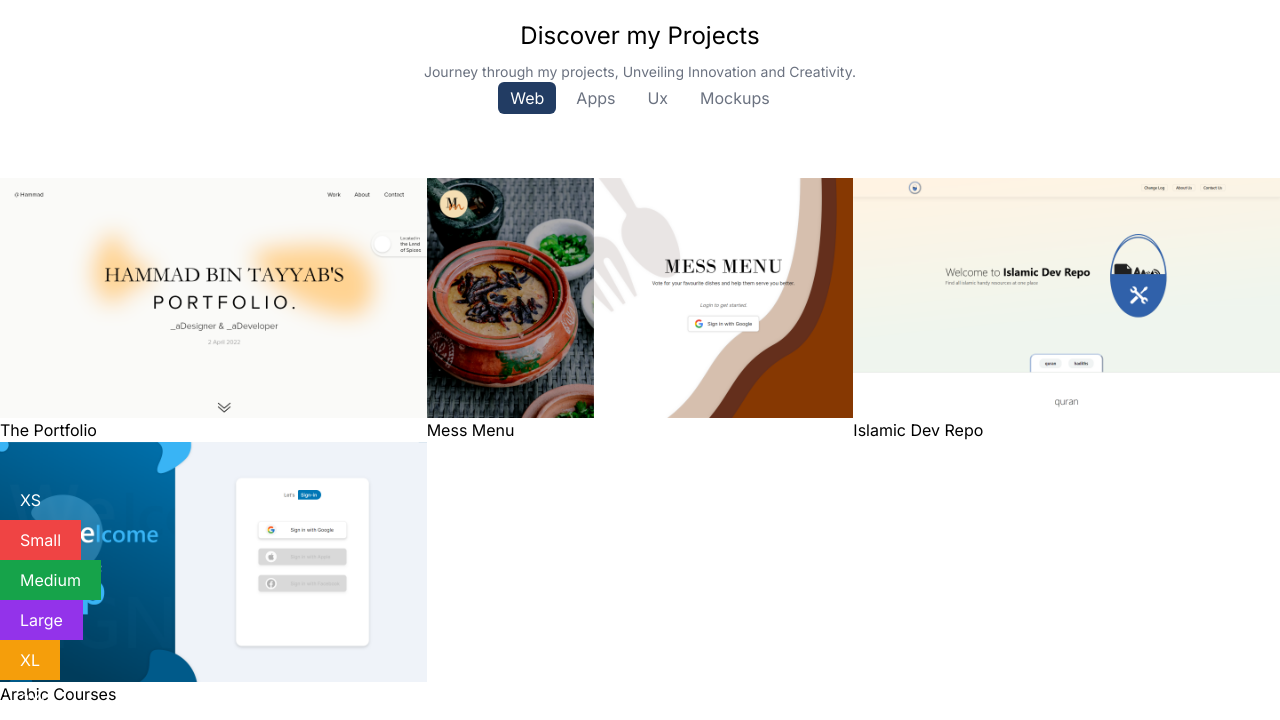
Repository: SpicierEwe/my_portfolio_v2
Page: /
An editor plug-in stored every save of this project. The page is shown before and after the next save, followed by the edit.
The browser window is 1280 px wide. The pictures show the whole page.
The project was rebuilt for these pictures with package versions that can differ from the ones it lists, and the page was loaded fresh each time. The framework's server and built-in components were replaced by stand-ins that run in the browser. Also part of the build but not shown: next.config.js, core/utils/customIcons.js, core/utils/utils.tsx, core/db/sub_db_data/ux_db.js.

Above is the page before, as saved 2024-04-22 10:55:58.

### app/page.tsx
import DevicePreview from "@/Components/Device_preview/device_preview";
import HeroSection from "@/Components/Hero_section/hero_section";
import WorkSection from "@/Components/Work_section/work_section";
import Image from "next/image";

export default function Home() {
  return (
    <main>
      <div className="absolute z-30 overflow-hidden bottom-0">
        <DevicePreview />
      </div>
      {/* <div className="overflow-hidden">
        <HeroSection />
      </div> */}

      <WorkSection />
    </main>
  );
}

### app/globals.css
@layer base {

  @font-face {
    font-family: 'Garamond';
    src: url('../public/fonts/EBGaramond-VariableFont_wght.ttf');

  }

  @font-face {
    font-family: 'Proxima Nova';
    src: url('../public/fonts/MarkSimonsonProximaNovaRegular.otf');
    font-weight: normal;
    font-style: normal;
  }


  @font-face {
    font-family: "Rage";
    src: url("../public/fonts/rage.ttf");
  }
}

@tailwind base;
@tailwind components;
@tailwind utilities;

:root {
  --foreground-rgb: 0, 0, 0;
  --background-start-rgb: 214, 219, 220;
  --background-end-rgb: 255, 255, 255;

}

@media (prefers-color-scheme: dark) {
  :root {
    --foreground-rgb: 255, 255, 255;
    --background-start-rgb: 0, 0, 0;
    --background-end-rgb: 0, 0, 0;
  }
}

body {

  /* background: #F5F5F5; */
}

### Components/Device_preview/device_preview.tsx
"use client";

import { use, useEffect, useState } from "react";

export default function DevicePreview() {
  return (
    <main className="flex flex-col justify-end ">
      {/* xs */}
      <div className=" text-right ">
        <p className="xs:bg-brand-color w-min text-white px-5 py-2">XS</p>
      </div>
      {/* sm */}
      <div className=" text-right ">
        <p className="sm:bg-red-500 w-min text-white px-5 py-2">Small</p>
      </div>
      {/* md */}
      <div className=" text-right ">
        <p className="md:bg-green-600 w-min px-5 py-2 text-white">Medium</p>
      </div>
      {/* lg */}
      <div className=" text-right ">
        <p className="lg:bg-purple-600 w-min px-5 py-2 text-white">Large</p>
      </div>
      {/* xl */}
      <div className=" text-right ">
        <p className="xl:bg-amber-500 w-min px-5 py-2 text-white">XL</p>
      </div>
      {/* 2xl */}
      <div className=" text-right ">
        <p className="2xl:bg-cyan-600 w-min px-5 py-2 text-white">2XL</p>
      </div>
    </main>
  );
}

### Components/Work_section/work_section.tsx
"use client";

import { db } from "../../core/db/db";
import Image from "next/image";
import Link from "next/link";
import { useState } from "react";

export default function WorkSection() {
  const navItems: string[] = Object.keys(db.portfolioItems);
  const [selectedNavItemIndex, setSelectedNavItemIndex] = useState<number>(0);
  return (
    <section className="">
      {/* header */}
      <header className="flex flex-col items-center pt-5">
        <h2 className="text-center text-2xl">Discover my Projects</h2>
        <p className="text-center text-sm mt-2.5 text-gray-500">
          Journey through my projects, Unveiling Innovation and Creativity.
        </p>
      </header>
      {/* nav */}
      <nav>
        <ul className="flex justify-center mt-6 gap-2 flex-wrap">
          {navItems.map((item, index) => {
            const isSelected: Boolean = selectedNavItemIndex == index;
            return (
              <li
                className={`${
                  isSelected ? "bg-brand-color" : ""
                } px-3 py-1 rounded-md cursor-pointer`}
                onClick={() => setSelectedNavItemIndex(index)}
                key={index}
              >
                <Link
                  href="#"
                  className={`${
                    isSelected ? "text-white" : "text-gray-500"
                  } capitalize`}
                >
                  {item}
                </Link>
              </li>
            );
          })}
        </ul>
      </nav>

      <main>
        {/* projects */}
        <div className="grid grid-cols-1 md:grid-cols-2 lg:grid-cols-3 gap-4 mt-16">
          {(db.portfolioItems as any)[navItems[selectedNavItemIndex]].map(
            (item: any, index: number) => {
              const projectName: string = item["projectName"];
              const imageLink: string = item["imageLink"];
              return (
                <div key={index}>
                  {
                    <Image
                      src={imageLink}
                      alt={projectName}
                      height={200}
                      width={200}
                      layout="responsive"
                    ></Image>
                  }
                  <p>{projectName}</p>
                </div>
              );
            }
          )}
        </div>
      </main>
    </section>
  );
}

### core/db/db.js
import { websitesDb } from "./sub_db_data/websites_db";
import { appsDb } from "./sub_db_data/apps_db";
import { uxDb } from "./sub_db_data/ux_db";
import { mockupsDb } from "./sub_db_data/mockups_db";

export const db = {
  portfolioItems: {
    web: websitesDb,
    apps: appsDb,
    ux: uxDb,
    mockups: mockupsDb,
  },
};

### core/db/sub_db_data/websites_db.js
import { embedCustomLinks } from "../../utils/utils";

export const websitesDb = [
  {
    projectName: "The Portfolio",
    projectId: "e2f9658b-f9bb-4d2c-ac8c-113a56d9204f",
    projectTagLine: "A Thoughtfully Curated Portfolio of Elegant Creations",
    link: "https://hammadtayyab.vercel.app/",
    imageLink: "/images/websites/my_portfolio.png",
    info: "This portfolio project showcases a minimalist design, highlighting my work and skills with clarity and finesse. The aim was to provide a seamless user experience and intuitive navigation, creating a comprehensive and sophisticated display of my professional journey.",
    roles: [
      "Data Analyst",
      "Designer",
      "Developer",
      "Maintainer",
      "Product Manager",
      "Tester/Quality Assurance",
      "Researcher",
      "DevOps Engineer",
      "Technical Writer",
      "Project Manager",
    ],
    techStack: [
      "NextJs",
      "React",
      "TypeScript",
      "TailwindCSS",
      "HTML",
      "CSS",
      "JavaScript",
      "Git",
      "Vercel",
    ],
  },
  {
    projectId: "566ec8d6-4d5d-4f22-9580-2c574f7122fb",
    projectName: "Mess Menu",
    projectTagLine: "Simplifying Hostel Dining with a Digital Menu System",
    link: "https://messmenu.vercel.app/",
    imageLink: "/images/websites/mess_menu.png",
    info: "This project streamlines the process of hostel dining by offering a digital menu system for students. Monthly menus are curated through community voting, allowing students to have a say in their dining options. Originating from a friend's final year project, the focus was on user-centric design and functionality, ensuring a seamless experience for all users.",
    roles: [
      "Data Analyst",
      "Designer",
      "Developer",
      "Maintainer",
      "Product Manager",
      "Tester/Quality Assurance",
      "Researcher",
      "DevOps Engineer",
      "Technical Writer",
      "Project Manager",
    ],
    techStack: [
      "NextJs",
      "React",
      "HTML",
      "CSS",
      "JavaScript",
      "Git",
      "Vercel",
      "Firebase",
      "Firebase Auth",
    ],
  },
  {
    projectId: "e3a52953-0a4d-43c3-b874-bd55925f6a7e",
    projectName: "Islamic Dev Repo",
    projectTagLine: "A Repository of Authentic Islamic Data for Developers",
    link: "https://islamic-dev-repo.vercel.app/",
    imageLink: "/images/websites/islamic_dev_repo.png",
    info: "This project offers developers a curated repository of reliable Islamic data that can be seamlessly integrated into various applications. With a focus on authenticity and compatibility across multiple devices, this repository provides a trustworthy source of information for developers working on Islamic-related projects.",
    roles: [
      "Data Analyst",
      "Designer",
      "Developer",
      "Maintainer",
      "Product Manager",
      "Tester/Quality Assurance",
      "Researcher",
      "DevOps Engineer",
      "Technical Writer",
      "Project Manager",
    ],
    techStack: [
      "NextJs",
      "React",
      "HTML",
      "CSS",
      "JavaScript",
      "Git",
      "Vercel",
      "Python",
    ],
  },
  {
    projectId: "87693335-b9d6-434c-8428-5d8266482050",
    projectName: "Arabic Courses",
    projectTagLine:
      "A Platform for Streaming the Best Madina Arabic Course Online",
    link: "https://arabiccourses.vercel.app/",
    imageLink: "/images/websites/arabic_courses.png",
    info: `The goal of this project was to establish an online platform for the popular Madina Arabic course, allowing users to stream videos from the cloud and track their progress. Initially, the videos were only available for download, but this platform offers a more convenient streaming experience. You can learn more about the course at ${embedCustomLinks(
      {
        link: "https://abdurrahman.org/arabic-learning/dvds/",
        title: "AbdurRahman.Org",
      }
    )}. Arabic Courses enhances accessibility and convenience for users, making the learning process smoother and more enjoyable.`,
    roles: [
      "Data Analyst",
      "Designer",
      "Developer",
      "Maintainer",
      "Product Manager",
      "Tester/Quality Assurance",
      "Researcher",
      "DevOps Engineer",
      "Technical Writer",
      "Project Manager",
    ],
    techStack: [
      "NextJs",
      "React",
      "HTML",
      "CSS",
      "JavaScript",
      "Git",
      "Vercel",
      "Firebase",
      "Firebase Auth",
    ],
  },
];

### core/db/sub_db_data/apps_db.js
import { embedCustomLinks } from "../../utils/utils";

export const appsDb = [
  {
    projectId: "38384ae3-5586-40be-b025-c9c3ad1094ef",
    projectName: "al Qur'an",
    projectTagLine: "All about the Qur'an in one app.",

    link: "https://play.google.com/store/apps/details?id=com.spicierewe.al_quran",

    imageLink: "/images/apps/al_quran.png",

    info: `The "al Qur'an" app offers a comprehensive experience of the Qur'an for users around the world. It includes a wide range of translations in various languages, tafseer (exegesis), access to over 49 reciters and translators, and much more. All data is sourced from the reliable platform ${embedCustomLinks(
      { link: "https://quran.com", title: "quran.com" }
    )}.`,

    roles: [
      "Data Analyst",
      "Designer",
      "Developer",
      "Maintainer",
      "Product Manager",
      "Tester/Quality Assurance",
      "Researcher",
      "DevOps Engineer",
      "Technical Writer",
      "Project Manager",
    ],

    techStack: ["Flutter", "Dart", "Git", "Adobe XD"],

    platforms: ["Android"],
  },
  {
    projectId: "1eeb435f-acbd-41e8-b826-440959bb6a57",
    projectName: "Riddle Me",
    projectTagLine: "Riddle Me: Unraveling Minds, One Clue at a Time!",

    link: "https://play.google.com/store/apps/details?id=com.spicierewe.RiddleMe",

    imageLink: "/images/apps/riddle_me.png",

    info: "Riddle Me is an engaging and challenging game designed to test your intelligence and problem-solving skills. This game stimulates creative thinking and encourages you to approach problems from different perspectives.",

    roles: [
      "Data Analyst",
      "Designer",
      "Developer",
      "Maintainer",
      "Product Manager",
      "Tester/Quality Assurance",
      "Researcher",
      "DevOps Engineer",
      "Technical Writer",
      "Project Manager",
    ],

    techStack: ["Flutter", "Dart", "Git", "Adobe XD"],

    platforms: ["Android"],
  },
  {
    projectId: "2ae7005c-16e2-4fe5-b7b0-20f5f826321e",
    projectName: "Food Deals",
    projectTagLine: "Find the best food deals at your fingertips.",

    link: "https://play.google.com/store/apps/details?id=com.spicierewe.food_deals",

    imageLink: "/images/apps/food_deals.png",

    info: "Food Deals is an app that helps users discover the best offers and discounts on their favorite food delivery services. Save money and enjoy your favorite meals by comparing prices across different platforms.",

    roles: [
      "Data Analyst",
      "Designer",
      "Developer",
      "Maintainer",
      "Product Manager",
      "Tester/Quality Assurance",
      "Researcher",
      "DevOps Engineer",
      "Technical Writer",
      "Project Manager",
    ],

    techStack: ["Flutter", "Dart", "Git", "Adobe XD"],

    platforms: ["Android"],
  },
  {
    projectId: "627de94f-59b4-4f85-bcf4-df6fbf22714e",
    projectName: "Hadith Collection",
    projectTagLine: "Access authentic hadiths of the Prophet Muhammad (pbuh).",

    link: "https://play.google.com/store/apps/details?id=com.spicierewe.ahadith_collection",

    imageLink: "/images/apps/ahadith_collection.png",

    info: `The "Hadith Collection" app provides a comprehensive and authentic collection of hadiths of the Prophet Muhammad (pbuh). It includes data from various reputable sources such as ${embedCustomLinks(
      { link: "https://sunnah.com", title: "sunnah.com" }
    )} for Arabic and English, and ${embedCustomLinks({
      link: "https://github.com/pakjiddat/islam-companion-web-api",
      title: "islam-companion-web-api",
    })} for Urdu data.`,

    roles: [
      "Data Analyst",
      "Designer",
      "Developer",
      "Maintainer",
      "Product Manager",
      "Tester/Quality Assurance",
      "Researcher",
      "DevOps Engineer",
      "Technical Writer",
      "Project Manager",
    ],

    techStack: ["Flutter", "Dart", "Git", "Adobe XD"],

    platforms: ["Android"],
  },
  {
    projectId: "7468bdef-5b24-454e-ae99-dd0a558441d7",
    projectName: "Study Practice",
    projectTagLine: "Practice makes perfect.",

    link: "https://play.google.com/store/apps/details?id=com.spicierewe.study_practice",

    imageLink: "/images/apps/study_practice.png",

    info: "Study Practice is a study companion app designed to help students prepare for competitive exams such as NEET and JEE. The app offers past exam questions, mock tests, and real-time progress tracking along with official study material.",

    roles: [
      "Data Analyst",
      "Designer",
      "Developer",
      "Maintainer",
      "Product Manager",
      "Tester/Quality Assurance",
      "Researcher",
      "DevOps Engineer",
      "Technical Writer",
      "Project Manager",
    ],

    techStack: ["Flutter", "Dart", "Git", "Adobe XD"],

    platforms: ["Android"],
  },
];

### core/db/sub_db_data/mockups_db.js
export const mockupsDb = [
  {
    phone_mockup_links: [],
    other_mockup_links: [
      "/images/mockups/eat_healthy_mockup.svg",
      "/images/mockups/bot_mockup_theme_light.svg",
      "/images/mockups/bot_mockup_theme_dark.svg",
      "/images/mockups/the_perfume_lab_price_list.png",
      "/images/mockups/noraty_business_hero_section.svg",
      "/images/mockups/gr_showcase.png",
      "/images/mockups/just_moved_showcase.png",
      "/images/mockups/archer_product_design.png",
      "/images/mockups/the_connection_poster.png",
      "/images/mockups/social_flow_flyer.png",
      "/images/mockups/LVD_roll_up_banner.png",
      "/images/mockups/ATS_flyer.png",
    ],
  },
];

### tailwind.config.js
const { reverse } = require("dns");
const defaultTheme = require("tailwindcss/defaultTheme");

/** @type {import('tailwindcss').Config} */
module.exports = {
  content: [
    "./pages/**/*.{js,ts,jsx,tsx,mdx}",
    "./components/**/*.{js,ts,jsx,tsx,mdx}",
    "./app/**/*.{js,ts,jsx,tsx,mdx}",
    "./core/**/*.{js,ts,jsx,tsx,mdx}",
  ],
  theme: {
    extend: {
      screens: { xs: { max: "640px" } },

      maxWidth: {
        "120rem": "120rem",
      },

      backgroundImage: {
        "gradient-radial": "radial-gradient(var(--tw-gradient-stops))",
        "gradient-conic":
          "conic-gradient(from 180deg at 50% 50%, var(--tw-gradient-stops))",
      },

      colors: {
        "brand-color": "#223c63",
        "primary-color": "#ffffff",
        "secondary-color": "#00A699",
        "accent-color": "#779ace",
      },

      keyframes: {
        wiggle: {
          "0%, 100%": { transform: "rotate(-3deg)" },
          "50%": { transform: "rotate(3deg)" },
        },

        levitate: {
          "0%": { transform: "translateY(50px)" },
          "50%": { transform: "translateY(-30px)  scale(1.1)" },
          "100%": { transform: "translateY(50px)" },
        },
        levitate_reverse: {
          "0%": { transform: "translateY(-90px)" },
          "50%": { transform: "translateY(30px)  scale(1.1)" },
          "100%": { transform: "translateY(-90px)" },
        },
      },

      animation: {
        "spin-slow": "spin 3s linear infinite",
        wiggle: "wiggle 1s ease-in-out infinite",
        levitate: "levitate 5s ease-in-out infinite",
        levitate_reverse: "levitate_reverse 5s ease-in-out infinite reverse",
      },

      fontFamily: {
        garmond: ["Garmond", ...defaultTheme.fontFamily.serif],
        custom_sans: ["Proxima Nova", ...defaultTheme.fontFamily.sans],
      },

      height: {
        dvh: "100dvh",
      },
    },
  },

  variants: {
    backgroundColor: ["responsive", "hover", "focus", "active"],
  },

  plugins: [],
};

Loaded but not shown: app/layout.tsx (common file)

After the next save:
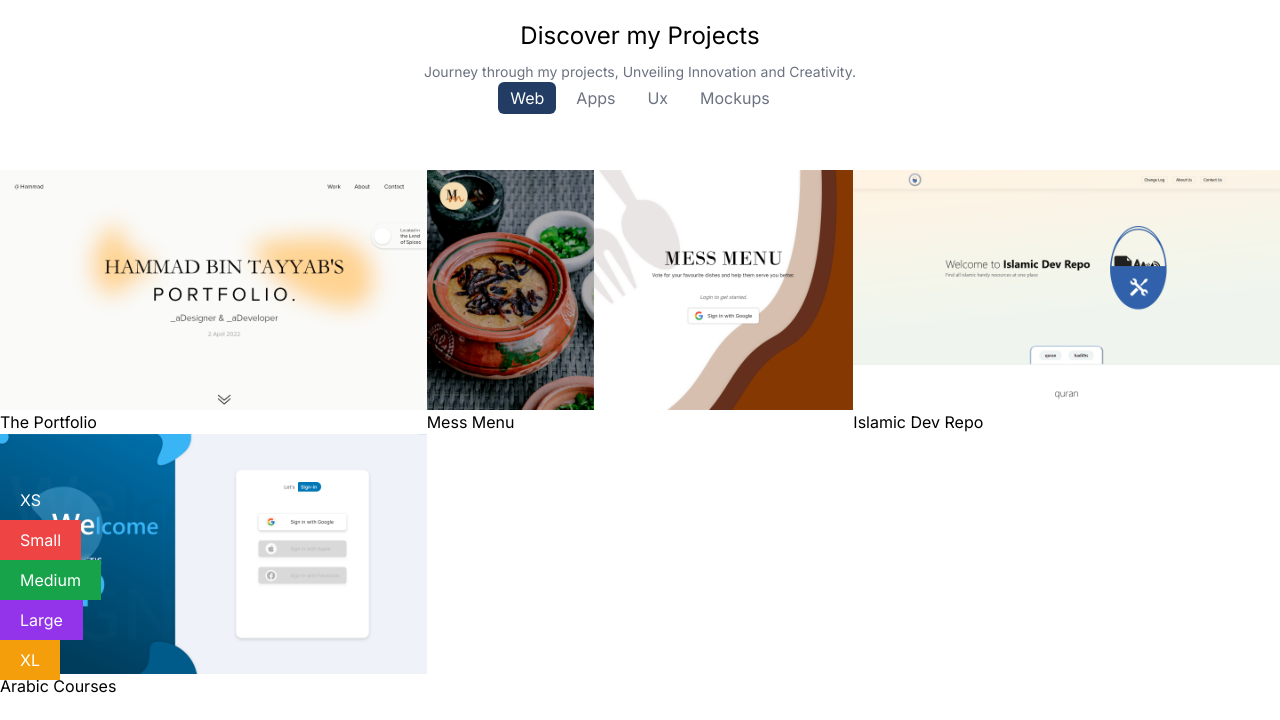
Saved 8 s later.
--- a/Components/Work_section/work_section.tsx
+++ b/Components/Work_section/work_section.tsx
@@ -46,7 +46,7 @@ export default function WorkSection() {
 
       <main>
         {/* projects */}
-        <div className="grid grid-cols-1 md:grid-cols-2 lg:grid-cols-3 gap-4 mt-16">
+        <div className="grid grid-cols-1 md:grid-cols-2 lg:grid-cols-3 gap-4 mt-14">
           {(db.portfolioItems as any)[navItems[selectedNavItemIndex]].map(
             (item: any, index: number) => {
               const projectName: string = item["projectName"];
